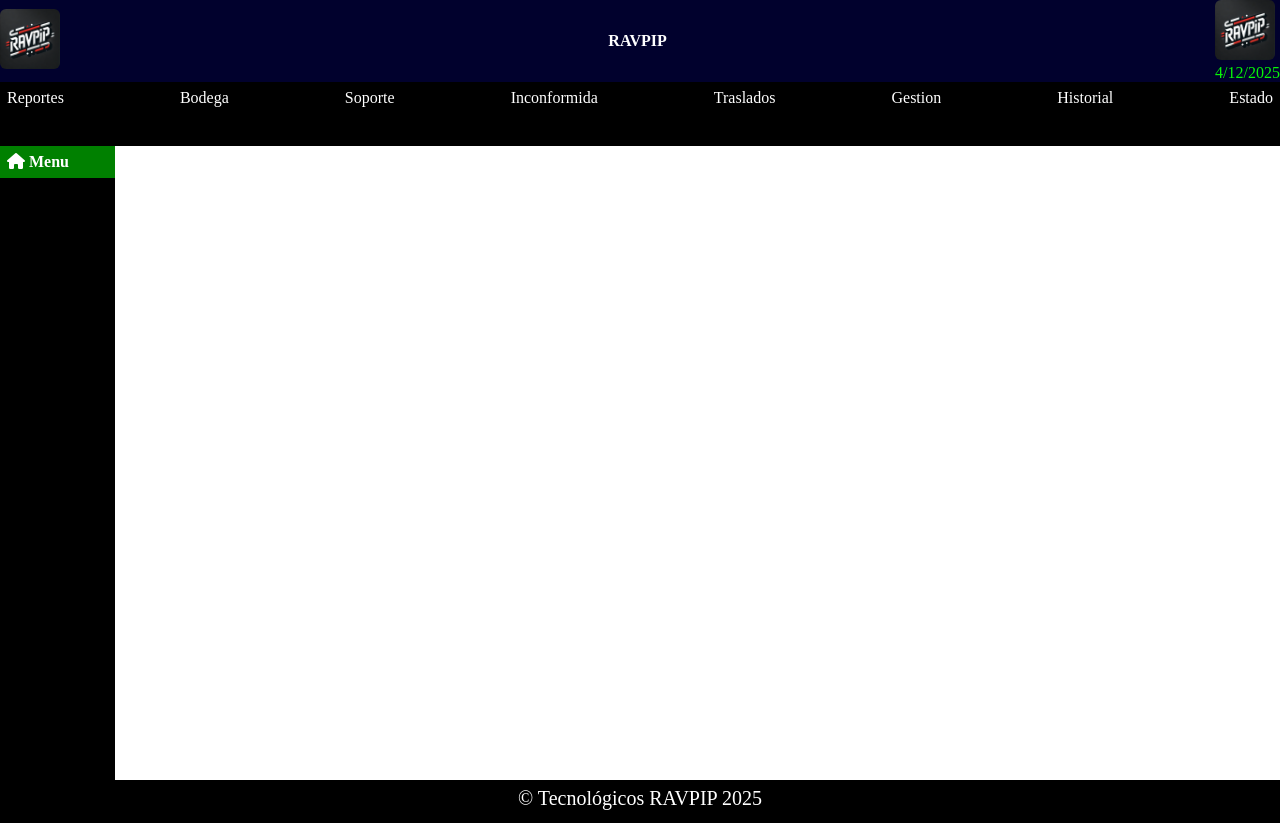
Repository: ye909/RAVPIP
Page: index.html
These files come from the project's save history. The page is drawn as it stood at one moment and after the next save; the edit follows.
The browser window is 1280 px wide. The pictures show the whole page.
Some web libraries are served in a nearby version.

Above is the page before, as saved 2025-04-12 14:36:19.

After the next save:
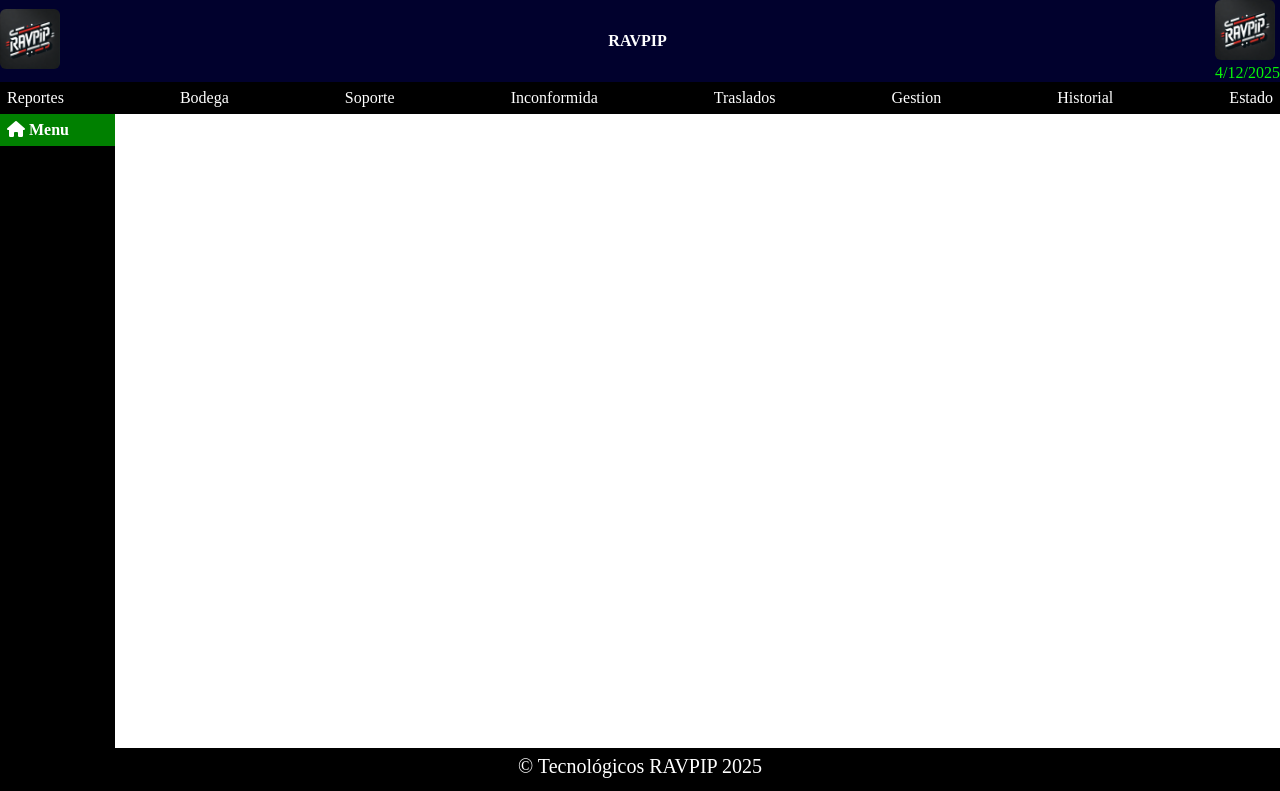
Saved 31 s later.
--- a/src/css/heder.css
+++ b/src/css/heder.css
@@ -68,9 +68,12 @@ li a:hover{
   font-size: 100%;
 }
 
-.sudmenu,.submenuHistoria{
+.sudmenu{
   visibility: hidden;
 
+  }
+  .submenuHistoria{
+    display: none;
   }
   .sudmenu div a{
     font-size: 100%;
